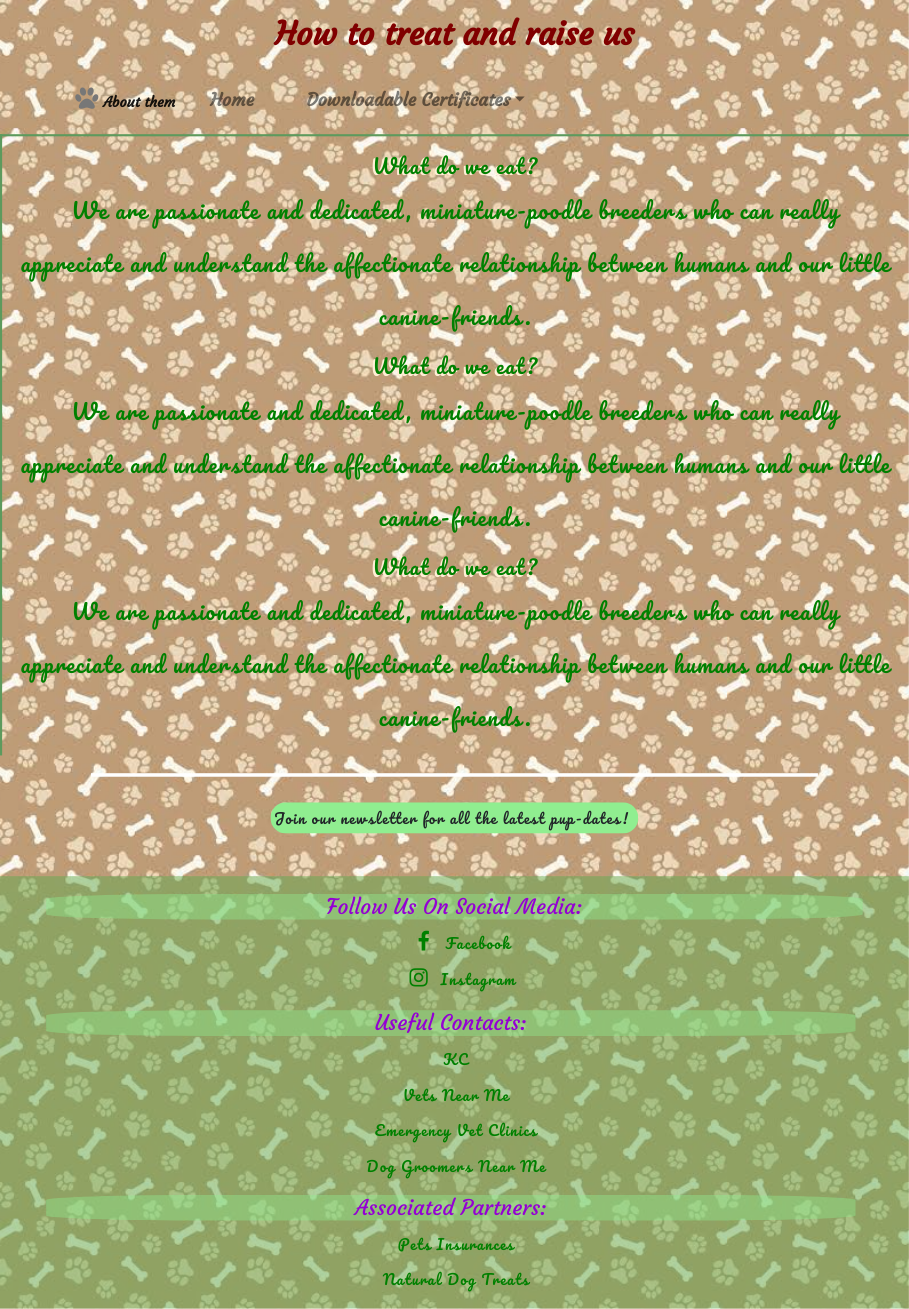
Repository: Code-Institute-Submissions/GeorgiosSklav-Iacinthos-blog
Page: about-them.html
The author's editor kept a record of every edit. The page is drawn from the files as they stood at one moment, then again after the next edit.
The browser window is 1280 px wide. The pictures show the whole page, at 71% of full size.

Above is the page before.

After the next edit:
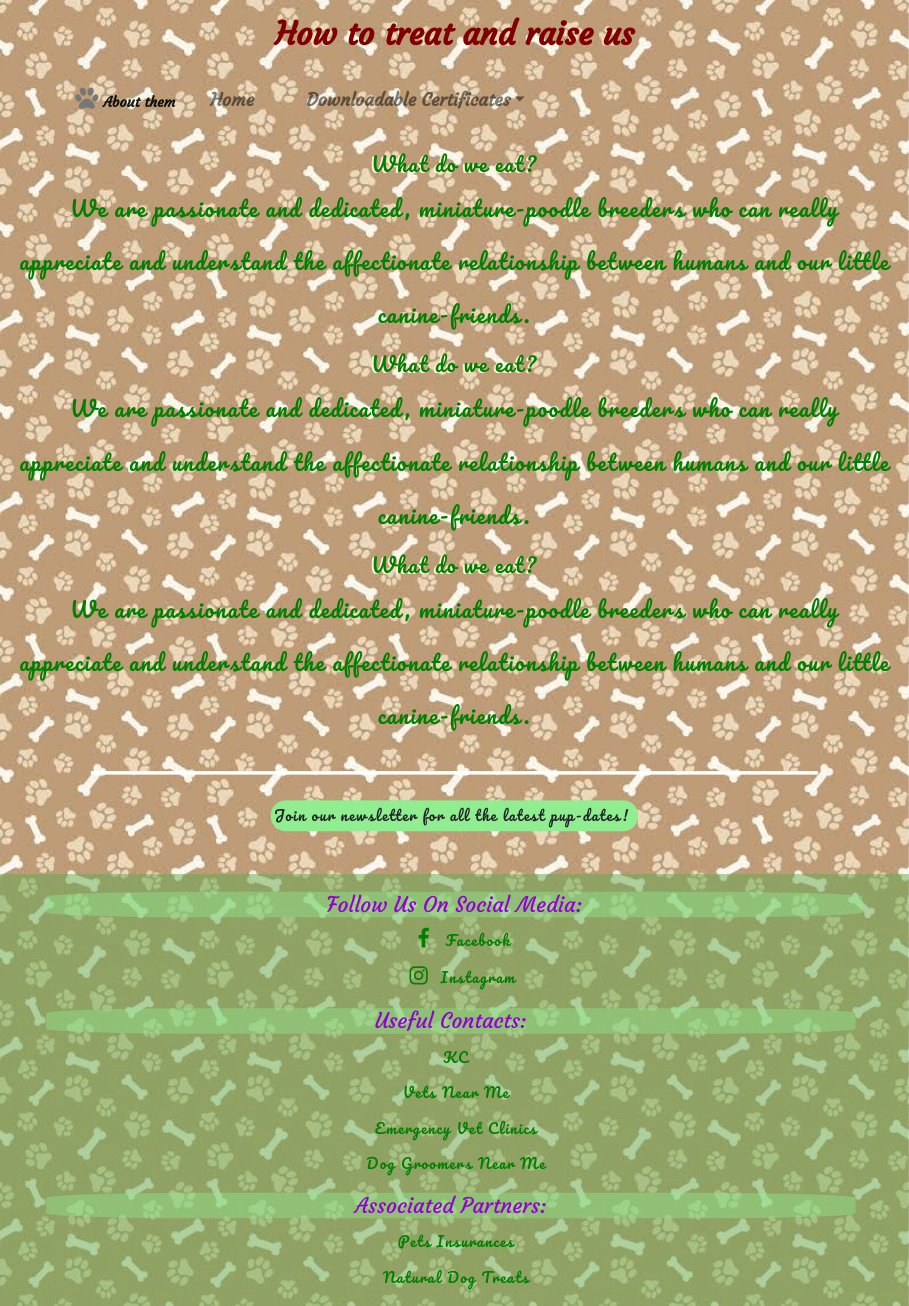
The edit:
--- a/about-them.html
+++ b/about-them.html
@@ -39,8 +39,8 @@
     </header>
 
     <main>
-        <div id="frame">
-            <div class="jumbotron-fluid about">
+
+            <div class="jumbotron-fluid about id="frame"">
                 <div class="row">
                     <div class="col-12">
                         <h3 class="about-title">What do we eat?</h3>
